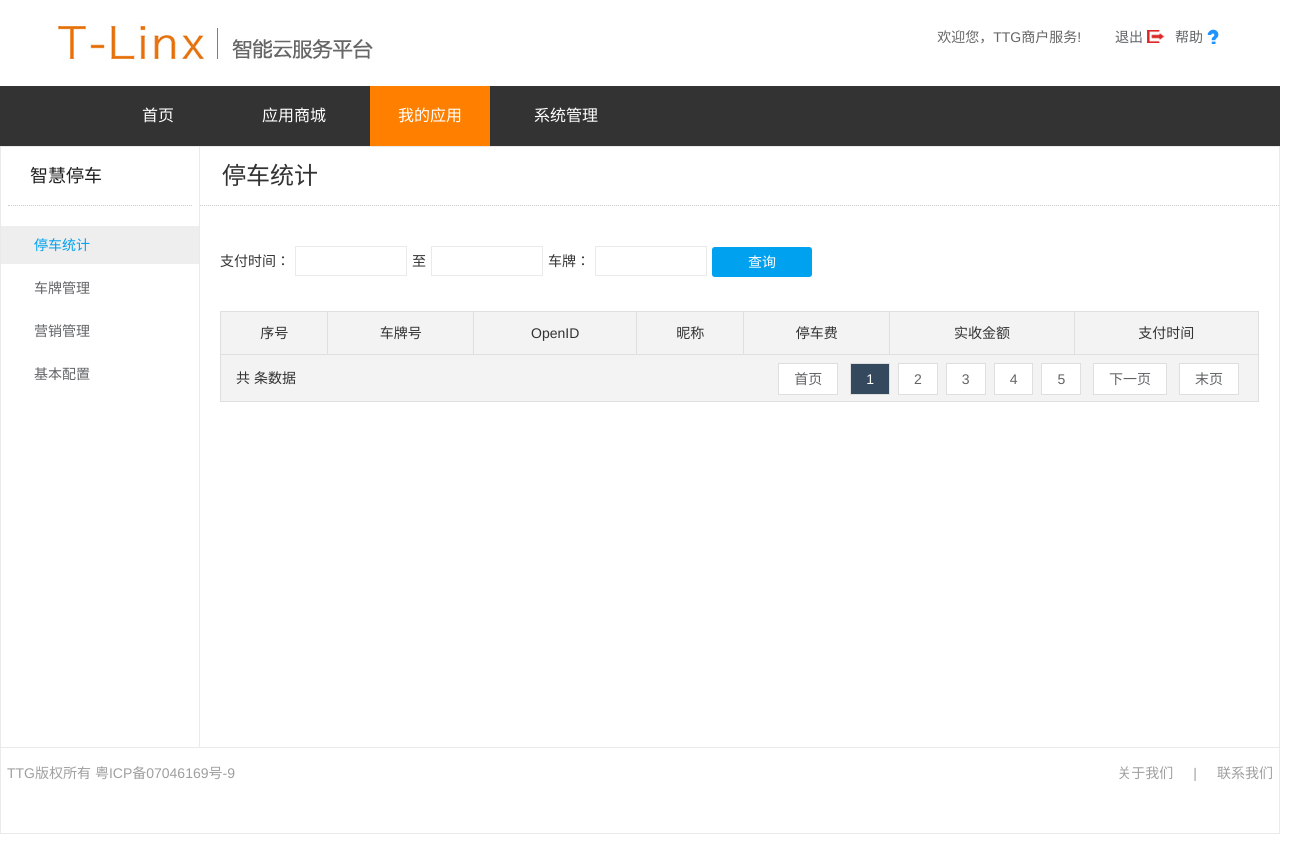
Repository: Keori/ParkCar
Page: admin/商户云/智慧停车/ParkManage.html
These files come from the project's save history. The page is drawn as it stood at one moment and after the next save; the edit follows.
The browser window is 1280 px wide. The page is 1293 px wide, so the pictures cover 1293 px, including what lies to the right of the window. The pictures show the whole page.
The page's requests for data from a server got no answer.

Above is the page before, as saved 2018-12-24 10:31:03.

After the next save:
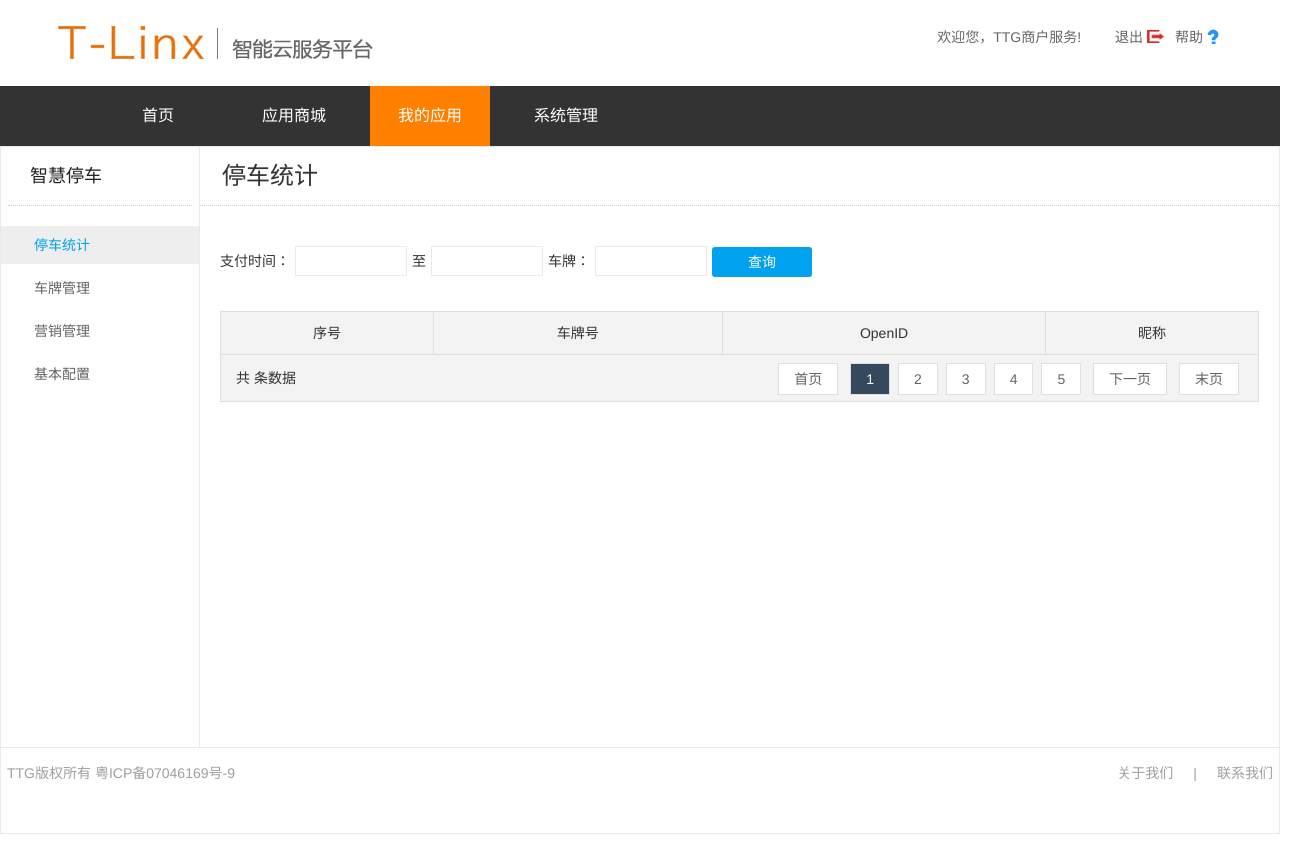
Saved 8 s later.
--- a/admin/商户云/智慧停车/ParkManage.html
+++ b/admin/商户云/智慧停车/ParkManage.html
@@ -80,18 +80,12 @@
                     <th>车牌号</th>
                     <th>OpenID</th>
                     <th>昵称</th>
-                    <th>停车费</th>
-                    <th>实收金额</th>
-                    <th>支付时间</th>
                 </tr>
                 <tr v-for='(item,index) in Park' v-show='index<6'>
                     <td>{{index+1}}</td>
                     <td>{{item.plateNo}}</td>
                     <td>{{item.OpenId}}</td>
                     <td>{{item.nickName}}</td>
-                    <td>{{item.payable}}</td>
-                    <td class="red">{{item.OfficialMoney}}</td>
-                    <td>{{item.payTime}}</td>
                 </tr>
             </table>
             <div class="bg_f3 page">共 {{pages.pageSize}} 条数据
